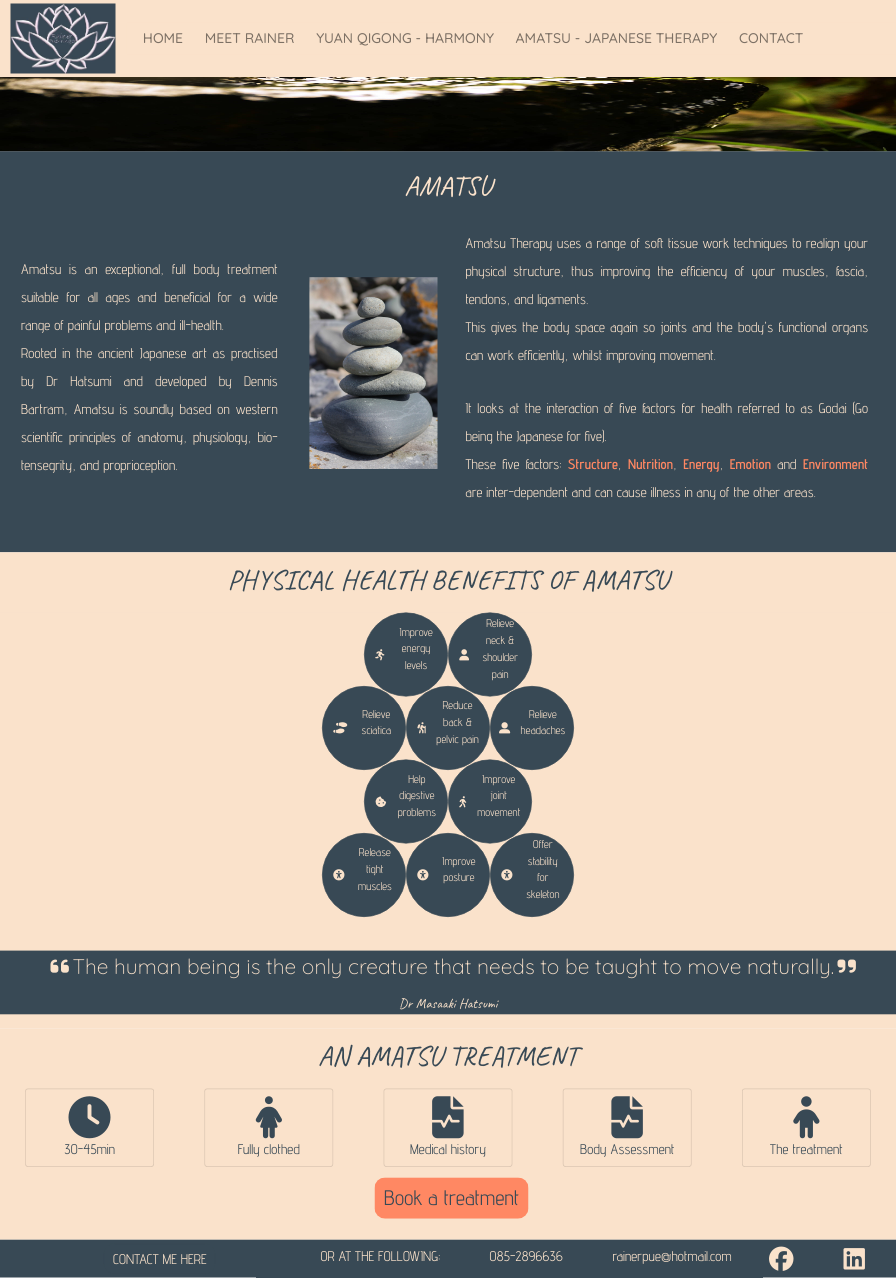
Repository: rainerpue/practitioner_website
Page: amatsu.html
The author's editor kept a record of every edit. The page is drawn from the files as they stood at one moment, then again after the next edit.
The browser window is 1280 px wide. The pictures show the whole page, at 70% of full size.
Some web libraries are served in a nearby version.

Above is the page before.

### amatsu.html
<!DOCTYPE html>
<html lang="en">

<head>
    <meta charset="UTF-8">
    <meta name="viewport" content="width=device-width, initial-scale=1.0">
    <meta http-equiv="X-UA-Compatible" content="ie=edge">
    <meta name="description" content="Home page | Rainer Puehringer, Find your Energy flow">
    <meta name="keywords" content="qigong, amatsu, therapy, energy flow, body balance, harmony, Japanese therapy, yuan gong, ireland">
    <meta name="author" content="Rainer Puehringer">
    <!-- favicon -->
    <link rel="shortcut icon" type="image" href="assets/favicon/favicon-32x32.png">
    <!-- style links -->
    <link rel="stylesheet" href="https://stackpath.bootstrapcdn.com/bootstrap/4.3.1/css/bootstrap.min.css" type="text/css" />

    <script src="https://kit.fontawesome.com/f7e192f540.js"></script>

    <!-- link to my css file comes after to make sure it render over bootstrap style -->
    <link rel="stylesheet" href="assets/css/style.css" type="text/css" />

    <title>Rainer Puehringer, Find your Energy flow with Yuan Qigong and Amatsu</title>

</head>

<body>
    <!-- navbar and logo -->
    <!-- blue background will only show on bigger screens, set to transparent for mobile device -->
    <nav class="navbar navbar-expand-md fixed-top navbar-light nav-coral">
        <!-- logo -->
        <a href="index.html" class="navbar-brand logo">
            <img src="assets/images/logo.jpg" width="150" height="100" alt="logo">
        </a>
        <!-- button for smaller devices -->
        <button class="navbar-toggler" type="button" data-toggle="collapse" data-target="#burger" aria-controls="burger" aria-expanded="false" aria-label="Toggle navigation">
    <span class="fa fa-bars"></span>
  </button>
        <!-- navigation items which drop down vertically from burger icon in smaller devices -->
        <div class="collapse navbar-collapse" id="burger">
            <ul class="navbar-nav mr-auto text-uppercase">
                <li class="nav-item">
                    <a class="nav-link" href="index.html">Home</a>
                </li>
                <li class="nav-item">
                    <a class="nav-link" href="about.html">Meet Rainer</a>
                </li>
                <li class="nav-item">
                    <a class="nav-link" href="qigong.html">Yuan Qigong - Harmony</a>
                </li>
                <li class="nav-item">
                    <a class="nav-link" href="amatsu.html">Amatsu - Japanese Therapy</a>
                </li>
                <li class="nav-item">
                    <a class="nav-link" href="contact.html">Contact</a>
                </li>
            </ul>
        </div>
    </nav>

    <!-- end navbar -->


    <!-- image banner -->
    <main>
        <div class="container-fluid">
            <div class="row">
                <div class="col-12 banner-image amatsu-img">
                </div>
            </div>
        </div>

        <!-- Amatsu intro -->
        <section class="container-fluid bg-grey intro-section">
            <div class="row">
                <div class="col-12 offset text-center">
                    <h3 class="text-uppercase">Amatsu</h3>
                </div>
            </div>
            <div class="row section-details">
                <div class="col-12 col-md-4 main-content text-center">
                    <p class="text-justify">Amatsu is an exceptional, full body treatment suitable for all ages and beneficial for a wide range of painful problems and ill-health.<br> Rooted in the ancient Japanese art as practised by Dr Hatsumi and developed by Dennis Bartram,
                        Amatsu is soundly based on western scientific principles of anatomy, physiology, bio-tensegrity, and proprioception.</p>
                </div>
                <div class="col-12 col-md-2 text-center">
                    <img class="sm-img" src="assets/images/amatsu.jpg" width="100%" height="auto" alt="Stones balanced">
                </div>
                <div class="col-12 col-md-6 main-content text-center">
                    <p class="text-justify specialp">Amatsu Therapy uses a range of soft tissue work techniques to realign your physical structure, thus improving the efficiency of your muscles, fascia, tendons, and ligaments.<br> This gives the body space again so joints and the body's
                        functional organs can work efficiently, whilst improving movement.</p>
                    <p class="text-justify specialp">It looks at the interaction of five factors for health referred to as Godai (Go being the Japanese for five). <br> These five factors: <span class="fivefactors">Structure</span>, <span class="fivefactors">Nutrition</span>, <span class="fivefactors">Energy</span>,
                        <span class="fivefactors">Emotion</span> and <span class="fivefactors">Environment</span> are inter-dependent and can cause illness in any of the other areas.</p>
                </div>
            </div>
        </section>

        <!-- Health benefits/stones design -->

        <section class="container-fluid bg-coral">
            <div class="row">
                <div class="col-12">
                    <h3 class="text-uppercase text-center">Physical health benefits of Amatsu</h3>
                </div>
            </div>
            <ul class="row bg-coral stone-section">
                <li class="row first-stone-row">
                    <div class="col-6 each-stone text-center">
                        <i class="fa fa-running"></i>
                        <p>Improve energy levels</p>
                    </div>
                    <div class="col-6 each-stone text-center">
                        <i class="fa fa-user"></i>
                        <p>Relieve neck & shoulder pain</p>
                    </div>
                </li>
                <li class="row second-stone-row">
                    <div class="col-4 each-stone text-center">
                        <i class="fa fa-shoe-prints"></i>
                        <p>Relieve sciatica</p>
                    </div>
                    <div class="col-4 each-stone text-center">
                        <i class="fa fa-hiking"></i>
                        <p>Reduce back & pelvic pain</p>
                    </div>
                    <div class="col-4 each-stone text-center">
                        <i class="fa fa-user-alt"></i>
                        <p>Relieve headaches</p>
                    </div>

                </li>
                <li class="row third-stone-row">
                    <div class="col-6 each-stone text-center">
                        <i class="fa fa-cookie-bite"></i>
                        <p>Help digestive problems</p>
                    </div>
                    <div class="col-6 each-stone text-center">
                        <i class="fa fa-walking"></i>
                        <p>Improve joint movement</p>
                    </div>
                </li>
                <li class="row fourth-stone-row">

                    <div class="col-4 each-stone text-center">
                        <i class="fa fa-universal-access"></i>
                        <p>Release tight muscles</p>
                    </div>
                    <div class="col-4 each-stone text-center">
                        <i class="fa fa-universal-access"></i>
                        <p>Improve posture</p>
                    </div>
                    <div class="col-4 each-stone text-center">
                        <i class="fa fa-universal-access"></i>
                        <p>Offer stability for skeleton</p>
                    </div>
                </li>
            </ul>
            <div class="row bg-grey mt-5">
                <div class="col-12">
                    <p class="quote text-center "><i class="fa fa-quote-left"></i>The human being is the only creature that needs to be taught to move naturally.<i class="fa fa-quote-right"></i></p>
                    <footer class="legend text-center">Dr Masaaki Hatsumi</footer>
                </div>
            </div>
        </section>

        <!-- Amatsu treatment / cards -->

        <section class="container-fluid bg-coral">
            <div class="row">
                <div class="col-12">
                    <h3 class="text-uppercase text-center">An Amatsu treatment</h3>
                </div>
            </div>
            <div class="row card-row text-center">
                <div class="col-12 col-sm-4 col-lg-2 text-center">
                    <div class="card">
                        <div class="card-item">
                            <div class="row">
                                <div class="col-12">
                                    <i class="fa fa-clock"></i>
                                </div>
                            </div>
                            <div class="row">
                                <div class="col-12">
                                    <span class="card-text">30-45min</span>
                                </div>
                            </div>
                        </div>
                    </div>
                </div>
                <div class="col-12 col-sm-4 col-lg-2 text-center">
                    <div class="card">
                        <div class="card-item">
                            <div class="row">
                                <div class="col-12">
                                    <i class="fa fa-female"></i>
                                </div>
                            </div>
                            <div class="row">
                                <div class="col-12">
                                    <span class="card-text">Fully clothed</span>
                                </div>
                            </div>
                        </div>
                    </div>
                </div>
                <div class="col-12 col-sm-4 col-lg-2 text-center">
                    <div class="card">
                        <div class="card-item">
                            <div class="row">
                                <div class="col-12">
                                    <i class="fa fa-file-medical-alt"></i>
                                </div>
                            </div>
                            <div class="row">
                                <div class="col-12">
                                    <span class="card-text">Medical history</span>
                                </div>
                            </div>
                        </div>
                    </div>
                </div>
                <div class="col-12 col-sm-4 col-lg-2 text-center">
                    <div class="card">
                        <div class="card-item">
                            <div class="row">
                                <div class="col-12">
                                    <i class="fa fa-file-medical-alt"></i>
                                </div>
                            </div>
                            <div class="row">
                                <div class="col-12">
                                    <span class="card-text">Body Assessment</span>
                                </div>
                            </div>
                        </div>
                    </div>
                </div>
                <div class="col-12 col-sm-4 col-lg-2 text-center">
                    <div class="card">
                        <div class="card-item">
                            <div class="row">
                                <div class="col-12">
                                    <i class="fa fa-child"></i>
                                </div>
                            </div>
                            <div class="row">
                                <div class="col-12">
                                    <span class="card-text">The treatment</span>
                                </div>
                            </div>
                        </div>
                    </div>
                </div>
            </div>
            <div class="container-fluid">
                <div class="row text-center">
                    <div class="col-12">
                        <a class="btn btn-gal btn-orange" href="contact.html">Book a treatment</a>
                    </div>
                </div>
            </div>
        </section>
    </main>

    <!-- footer -->

    <footer>
        <div class="container-fluid bg-grey">
            <div class="row footer-row">
                <div class="col-12 col-md-4 footer-contact d-sm-flex">
                    <a class="btn btn-gal btn-grey text-uppercase" href="contact.html">Contact Me Here</a>
                </div>
                <div class="col-12 col-md-2 footer-contact d-sm-flex">
                    <h5 class="text-uppercase">or at the following:</h5>
                </div>
                <div class="col-12 col-md-2 footer-contact d-sm-flex">
                    <p>085-2896636</p>
                </div>
                <div class="col-12 col-md-2 footer-contact d-sm-flex">
                    <p>rainerpue@hotmail.com</p>
                </div>
                <div class="col-12 col-md-1 footer-contact d-sm-flex">
                    <a class="socialmedia" href="https://www.facebook.com/YuanGongandAmatsuwithRainer/" target="_blank">
                    <i class="fab fa-facebook text-decoration-none"></i>
                    <span class="sr-only">Facebook</span>
                    </a>
                </div>
                <div class="col-12 col-md-1 footer-contact d-sm-flex">
                    <a class="socialmedia" href="https://www.linkedin.com/in/rainer-puehringer-63157248/" target="_blank">
                    <i class="fab fa-linkedin"></i>
                    <span class="sr-only">Linkedin</span>
                    </a>
                </div>
            </div>
        </div>
    </footer>

    <script src="https://code.jquery.com/jquery-3.2.1.slim.min.js " integrity="sha384-KJ3o2DKtIkvYIK3UENzmM7KCkRr/rE9/Qpg6aAZGJwFDMVNA/GpGFF93hXpG5KkN " crossorigin="anonymous"></script>
    <script src="https://cdnjs.cloudflare.com/ajax/libs/popper.js/1.12.9/umd/popper.min.js " integrity="sha384-ApNbgh9B+Y1QKtv3Rn7W3mgPxhU9K/ScQsAP7hUibX39j7fakFPskvXusvfa0b4Q " crossorigin="anonymous"></script>
    <script src="https://maxcdn.bootstrapcdn.com/bootstrap/4.0.0/js/bootstrap.min.js " integrity="sha384-JZR6Spejh4U02d8jOt6vLEHfe/JQGiRRSQQxSfFWpi1MquVdAyjUar5+76PVCmYl " crossorigin="anonymous"></script>
</body>

</html>

Loaded but not shown: assets/css/style.css (642 lines, source omitted)

After the next edit:
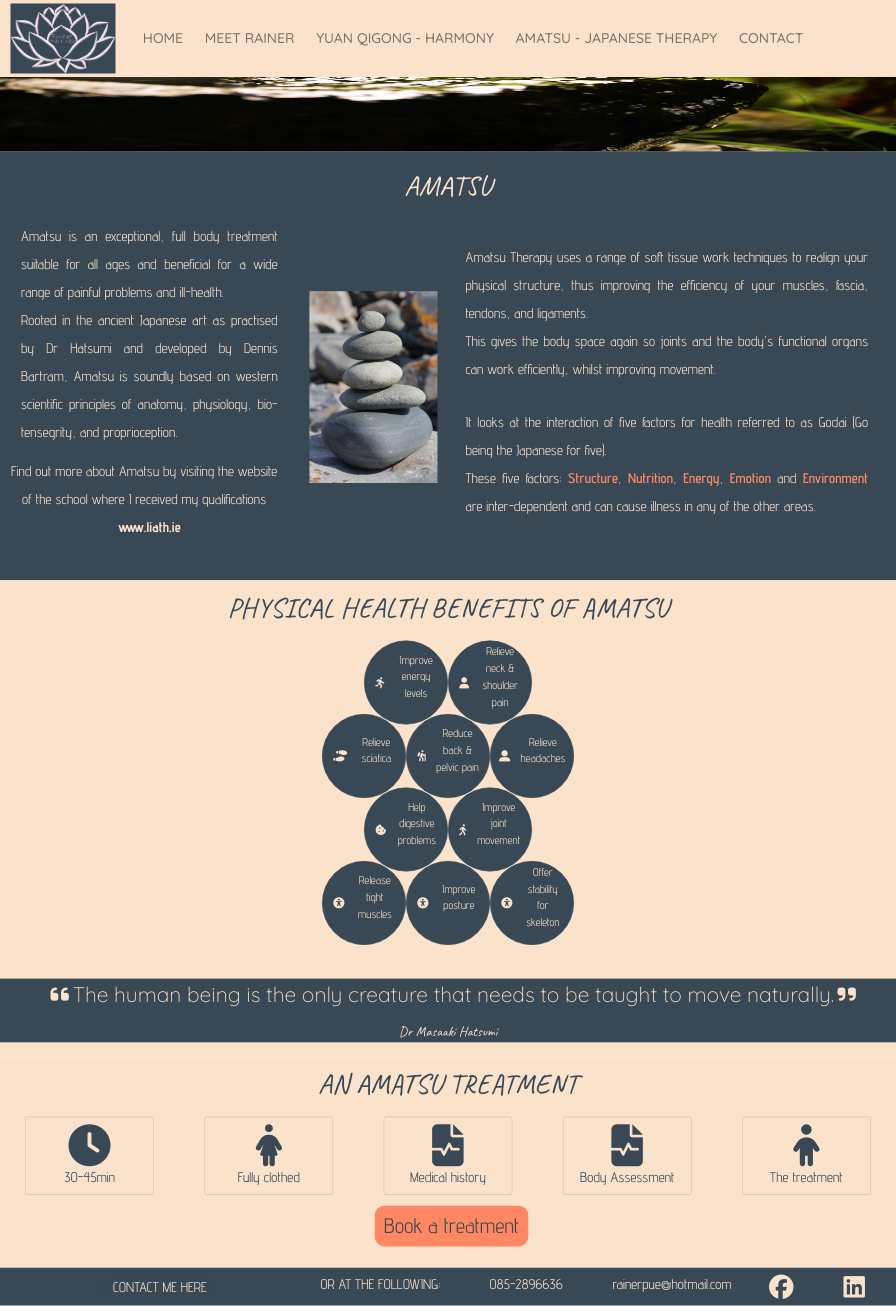
The edit:
--- a/amatsu.html
+++ b/amatsu.html
@@ -79,6 +79,7 @@
                 <div class="col-12 col-md-4 main-content text-center">
                     <p class="text-justify">Amatsu is an exceptional, full body treatment suitable for all ages and beneficial for a wide range of painful problems and ill-health.<br> Rooted in the ancient Japanese art as practised by Dr Hatsumi and developed by Dennis Bartram,
                         Amatsu is soundly based on western scientific principles of anatomy, physiology, bio-tensegrity, and proprioception.</p>
+                        Find out more about Amatsu by visiting the website of the school where I received my qualifications <span><a href="https://www.liath.ie" class="links" target="_blank">www.liath.ie</a></span></p>
                 </div>
                 <div class="col-12 col-md-2 text-center">
                     <img class="sm-img" src="assets/images/amatsu.jpg" width="100%" height="auto" alt="Stones balanced">
